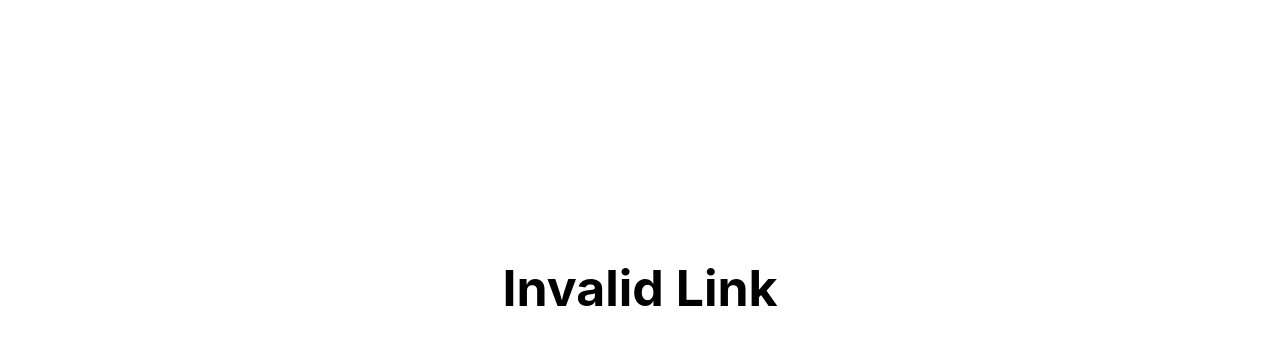
Repository: SaudCh/Web-Mid-Exams
Page: /error
The author's editor kept a copy of each file at every save. The page is drawn from the files as they stood at one save, then again after the next save.
The browser window is 1280 px wide. The pictures show the whole page.
The project was rebuilt for these pictures with package versions that can differ from the ones it lists, and the page was loaded fresh each time. Also part of the build but not shown: src/Home/home.jsx.

Above is the page before, as saved 2021-11-22 00:20:39.

### src/App.js
import React from "react";
import { BrowserRouter as Router, Switch, Route, Link } from "react-router-dom";
import Home from "./Home/home";
import Invalid from "./Error/error";

export default function App() {
  return (
    <Router>
      <Switch>
        <Route path="/home">
          <Home />
        </Route>
        <Route path="/error">
          <Invalid />
        </Route>
      </Switch>
    </Router>
  );
}

### src/Error/error.jsx
import React from "react";

export default function error() {
  return (
    <div
      style={{
        height: "80vh",
        display: "flex",
        alignItems: "center",
        justifyContent: "center",
      }}
    >
      <h1 className="text-danger" style={{ fontSize: 50 }}>
        Invalid Link
      </h1>
    </div>
  );
}

Loaded but not shown: public/index.html (common file); src/index.js (common file); src/index.css (common file); src/reportWebVitals.js (common file)

After the next save:
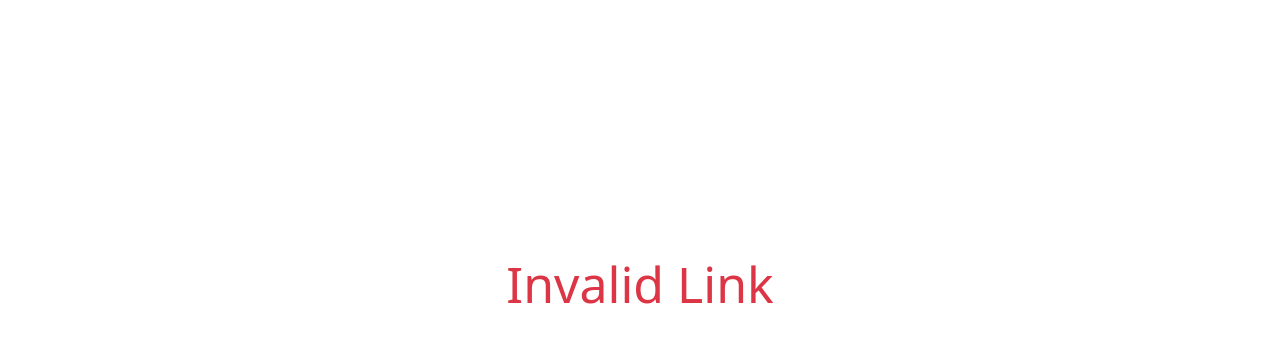
Saved 110 s later.
--- a/src/App.js
+++ b/src/App.js
@@ -2,6 +2,7 @@
 import { BrowserRouter as Router, Switch, Route, Link } from "react-router-dom";
 import Home from "./Home/home";
 import Invalid from "./Error/error";
+import "../node_modules/bootstrap/dist/css/bootstrap.min.css";
 
 export default function App() {
   return (
